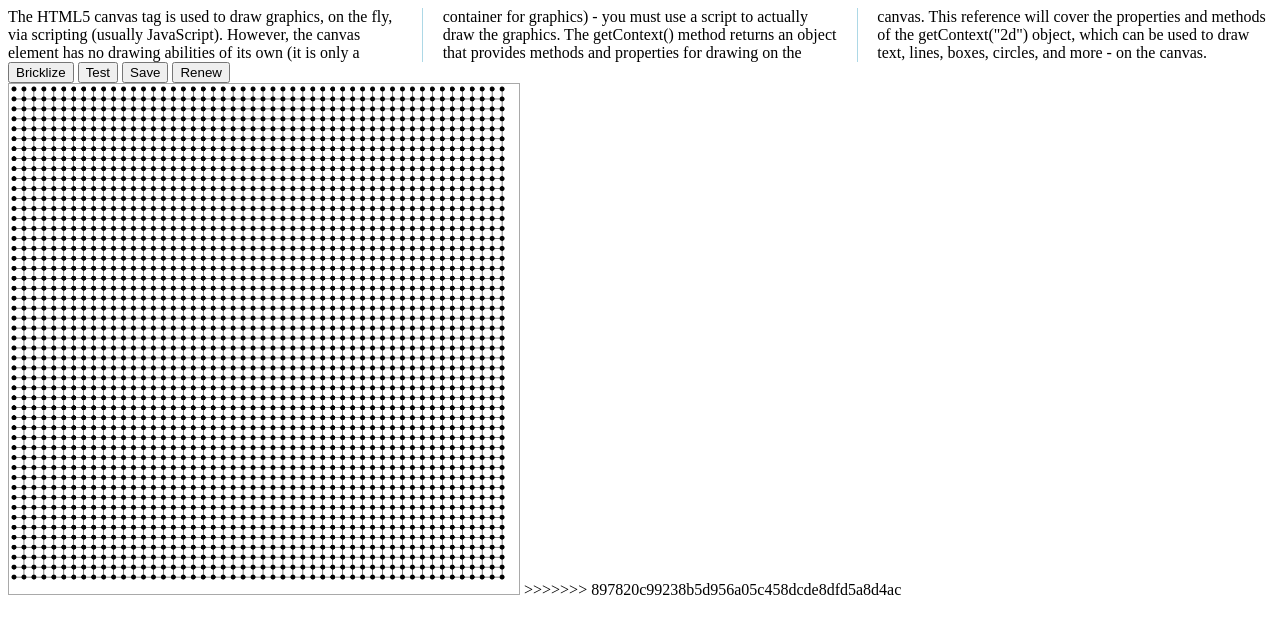
Repository: yystju/tdcc_demo
Page: public/canvas/index.html
The author's editor kept a record of every edit. The page is drawn from the files as they stood at one moment, then again after the next edit.
The browser window is 1280 px wide. The pictures show the whole page.
Some web libraries are served in a nearby version.

Above is the page before.

After the next edit:
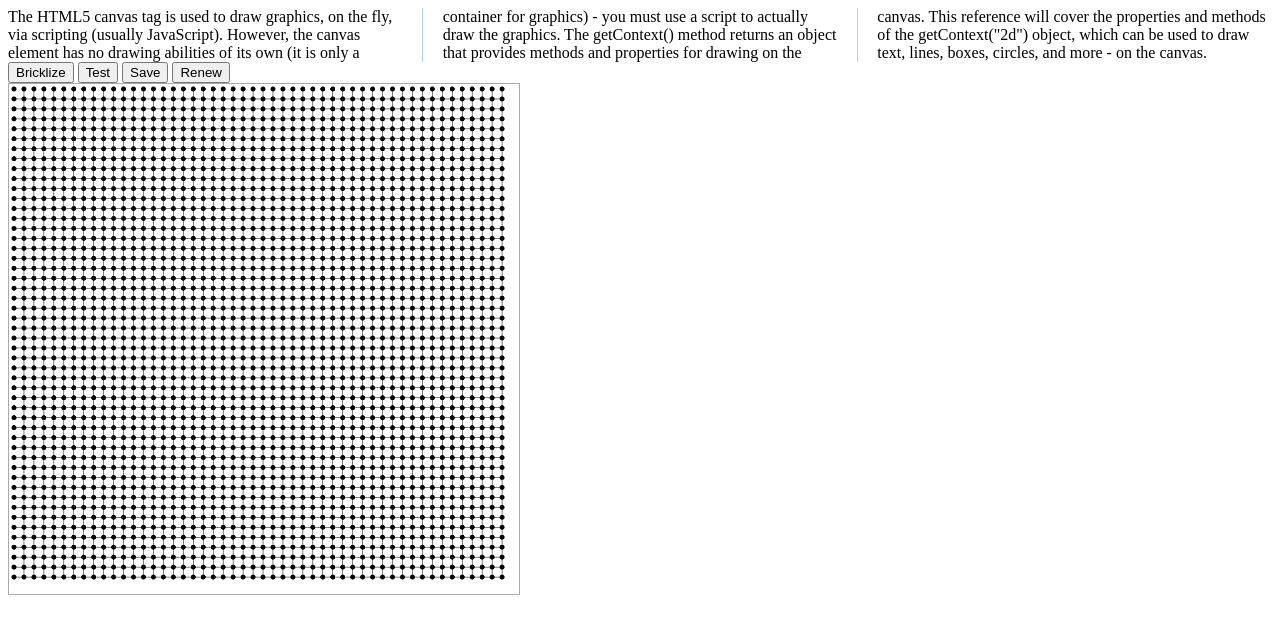
The edit:
--- a/public/canvas/index.html
+++ b/public/canvas/index.html
@@ -20,14 +20,13 @@
 			This reference will cover the properties and methods of the getContext("2d") object, which can be used to draw text, lines, boxes, circles, and more - on the canvas.
 		</div>
 		<div id="btns">
-		<button id="btn1">Bricklize</button>
-		<button id="btn2">Test</button>
+			<button id="btn1">Bricklize</button>
+			<button id="btn2">Test</button>
 
-		<button id="btn4">Save</button>
-		<button id="btn3">Renew</button>
-	</div>
+			<button id="btn4">Save</button>
+			<button id="btn3">Renew</button>
+		</div>
 		<canvas id="c1" width="1024" height="1024"></canvas>
->>>>>>> 897820c99238b5d956a05c458dcde8dfd5a8d4ac
 	</div>
 </body>
 </html>
